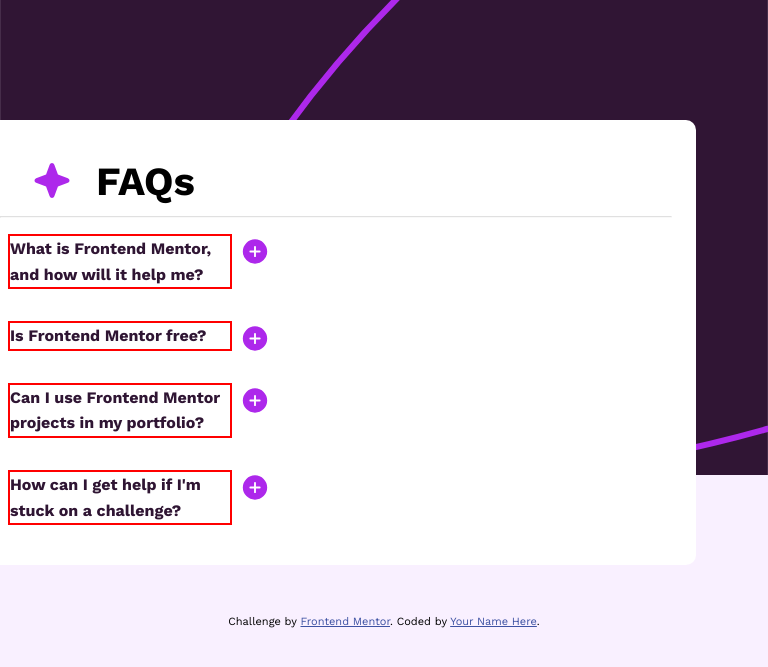
Repository: imokha01/accordion-main
Page: index.html
An editor plug-in stored every save of this project. The page is shown before and after the next save, followed by the edit.
The browser window is 768 px wide. The pictures show the whole page.

Above is the page before, as saved 2023-12-26 11:38:20.

### index.html
<!DOCTYPE html>
<html lang="en">
  <head>
    <meta charset="UTF-8" />
    <meta name="viewport" content="width=device-width, initial-scale=1.0" />
    <!-- displays site properly based on user's device -->
    <link rel="stylesheet" href="./index.css">
    <link
      rel="stylesheet"
      href="https://cdnjs.cloudflare.com/ajax/libs/font-awesome/6.5.1/css/all.min.css"
      integrity="sha512-DTOQO9RWCH3ppGqcWaEA1BIZOC6xxalwEsw9c2QQeAIftl+Vegovlnee1c9QX4TctnWMn13TZye+giMm8e2LwA=="
      crossorigin="anonymous"
      referrerpolicy="no-referrer"
    />
    <link
      rel="icon"
      type="image/png"
      sizes="32x32"
      href="./assets/images/favicon-32x32.png"
    />
    <link rel="preconnect" href="https://fonts.googleapis.com" />
    <link rel="preconnect" href="https://fonts.gstatic.com" crossorigin />
    <link
      href="https://fonts.googleapis.com/css2?family=Work+Sans:wght@400;600;700&display=swap"
      rel="stylesheet"
    />
    <title>Frontend Mentor | FAQ accordion</title>
    <!-- Feel free to remove these styles or customise in your own stylesheet 👍 -->
    <style>
      .attribution {
        font-size: 11px;
        text-align: center;
        margin-top: 1rem;
      }
      .attribution a {
        color: hsl(228, 45%, 44%);
      }
    </style>
  </head>
  <body>
    <div class="container">
      <div class="wrapper">
        <!-- first div content -->
        <main>
          <div id="header">
            <img src="./assets/images/icon-star.svg" alt="star-icon">
            <p id="headerpara">FAQs</p>
          </div>
          <hr>
          <div class="Div" id="div1">
            <div class="title">
              <p class="question">What is Frontend Mentor, and how will it help me?</p>
            </div>
            <div class="para">
              <p id="para1">
                Frontend Mentor offers realistic coding challenges to help developers
                improve their frontend coding skills with projects in HTML, CSS, and
                JavaScript. It's suitable for all levels and ideal for portfolio
                building.
              </p>
            </div>
          </div>
          <!-- second div content -->
          <div class="Div" id="div2">
            <div class="title">
              <p class="question">Is Frontend Mentor free?</p>
            </div>
            <div class="para">
              <p id="para2">
                Yes, Frontend Mentor offers both free and premium coding challenges,
                with the free option providing access to a range of projects suitable
                for all skill levels.
              </p>
            </div>
          </div>
          <!-- third div content -->
          <div class="Div" id="div3">
            <div class="title">
              <p class="question">Can I use Frontend Mentor projects in my portfolio?</p>
            </div>
            <div class="para">
              <p id="para3">
                Yes, you can use projects completed on Frontend Mentor in your
                portfolio. It's an excellent way to showcase your skills to potential
                employers!
              </p>
            </div>
          </div>
          <!-- fourth div content -->
          <div class="Div" id="div4">
            <div class="title">
              <p class="question">How can I get help if I'm stuck on a challenge?</p>
            </div>
            <div class="para">
              <p id="para4">
                The best place to get help is inside Frontend Mentor's Discord
                community. There's a help channel where you can ask questions and seek
                support from other community members.
              </p>
            </div>
          </div>
        </main>
        <!-- footer div -->
        <div class="attribution">
          Challenge by
          <a href="https://www.frontendmentor.io?ref=challenge" target="_blank"
            >Frontend Mentor</a
          >. Coded by <a href="#">Your Name Here</a>.
        </div>
      </div>
    </div>
    <script src="./index.js"></script>
  </body>
</html>

### index.css
:root {
    --White: hsl(0, 0%, 100%);
    --lightPink: hsl(275, 100%, 97%);
    --grayishPurple: hsl(292, 16%, 49%);
    --darkPurple:  hsl(292, 42%, 14%);
    --workSans: 'Work Sans', sans-serif;
}

* {
    margin: 0;
    padding:0;
    box-sizing: border-box;
}

body {
    font-size: 16px;
    font-family: var(--workSans);
    background-color: var(--lightPink);
    position: relative;
    line-height: 1.6;
}

.container  {
    background-image: url("./assets/images/background-pattern-desktop.svg");
    background-repeat: no-repeat;
    background-size: contain;
    display: flex;
    flex-direction: column;
    justify-content: center;
    align-items: center;
    overflow: hidden;
}

hr {
    background-color: var(--lightPink);
    margin-top: .7rem;
    opacity: 0.3;
}

.wrapper {
    width: 35rem;
    padding: 1.5rem;
    left: 30rem;
    border-radius: 10px;
    transition: height 0.5s ease-in 1ms;
}

main  {
    background-color: #fff;
    border-radius: 10px;
    padding: inherit;
    width: inherit;
    overflow: hidden;
    margin-top: 5rem;
    transition: height 0.5s ease-in 1ms;
    overflow: hidden;
}

#headerpara {
    font-size: 2.5rem;
    font-weight: 700;
    margin : -.6rem 1.5rem;

}

#header > img{
    padding-left: 2rem;
}

div#header {
    display: flex;
    flex-direction: row;
    justify-content: flex-start;
    align-items: flex-start;
    width: 10rem;
    margin-top: 1rem;
}

.Div {
    display: flex;
    flex-direction: column;
    justify-content: flex-start ;
    padding: 1rem .5rem;
    height: fit-content;
    transition: height 0.5s ease-in;

}

.title {
    display: flex;;
    justify-content: space-between;
}

.Div div  img {
    cursor: pointer;
}

.title p {
    font-weight: 700;
    color: var(--darkPurple);
    cursor: pointer;
    /* width: 21.875rem; */
}

.para {
    color: var(--grayishPurple);
    margin-top: 1.2rem;
    transition: height 0.5s ease-in 1s;
    overflow: hidden;
    display: none;
    font-size: .9rem;
}

.title{
    position: relative;
    width: 90%;

}
.title::after{
    content:  url(./assets/images/icon-plus.svg);
    position: absolute;
    right: -40px;
}

.active::after{
    content: url(./assets/images/icon-minus.svg);
    right: -40px;

}

.active, .question:hover {
    content: "";
}

@media (max-width: 768px){
    .container {
        background-image: url(./assets/images/background-pattern-mobile.svg);
        margin: 0;
    }

    .wrapper, main {
        width: 100%;
        margin: 3rem -3rem ;
    }

    .title {
        border: 2px solid red;
        width: 14rem;
    }

    .title::after,
    .active::after {
        /* right: -7.8125rem; */
    }

    .para {
        font-size: 1rem;
    }
}

### index.js
// const answer = document.getElementsByClassName("para");
const question = document.getElementsByClassName("title");

for (let i = 0; i < question.length; i++ ) {
    question[i].addEventListener("click", function(){
        this.classList.toggle("active");
        let active = this.addEventListener.nextElementSibling;
        let para = this.nextElementSibling;
        if(para.style.display === "block"){
            para.style.display = "none";
        } else {
            para.style.display = "block";
        }
    });
}





// var acc = document.getElementsByClassName("accordion");
// var i;

// for (i = 0; i < acc.length; i++) {
//   acc[i].addEventListener("click", function() {
//     /* Toggle between adding and removing the "active" class,
//     to highlight the button that controls the panel */
//     this.classList.toggle("active");

//     /* Toggle between hiding and showing the active panel */
//     var panel = this.nextElementSibling;
//     if (panel.style.display === "block") {
//       panel.style.display = "none";
//     } else {
//       panel.style.display = "block";
//     }
//   });
// }

After the next save:
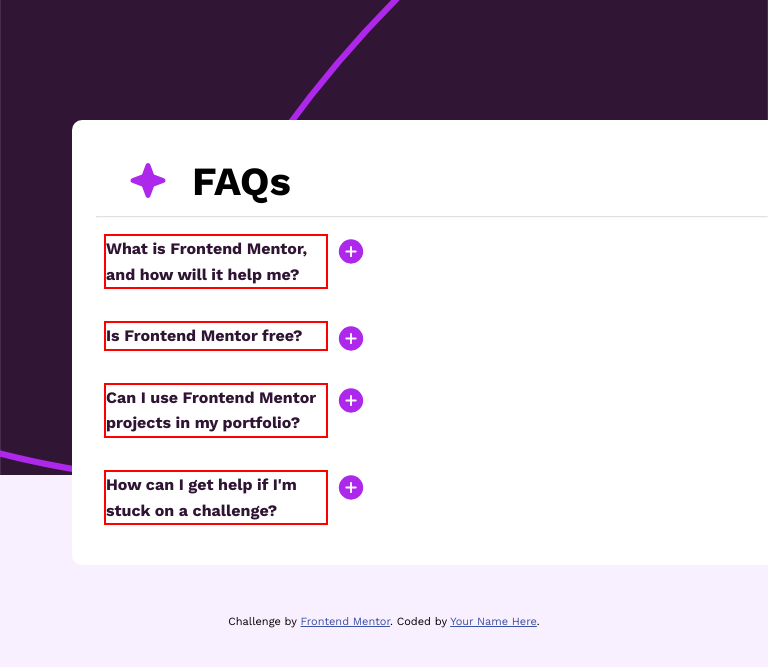
Saved 5 s later.
--- a/index.css
+++ b/index.css
@@ -140,7 +140,7 @@
 
     .wrapper, main {
         width: 100%;
-        margin: 3rem -3rem ;
+        margin: 3rem;
     }
 
     .title {
